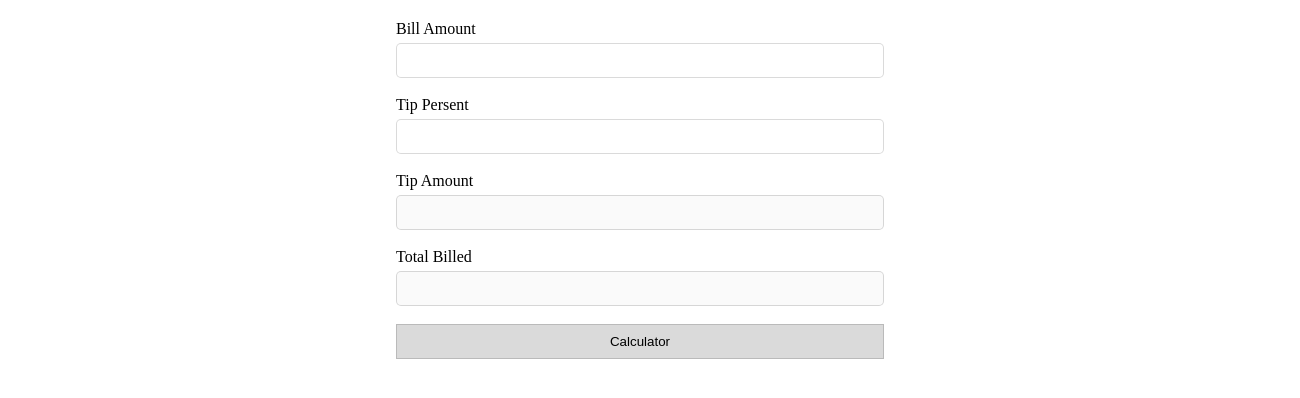
Repository: ZainAkbar51214/Tip-Calculator
Page: index.html
An editor plug-in stored every save of this project. The page is shown before and after the next save, followed by the edit.
The browser window is 1280 px wide. The page is 1300 px wide, so the pictures cover 1300 px, including what lies to the right of the window. The pictures show the whole page.
The style sheet was rebuilt from its Sass, Less or Tailwind sources for each picture, by a compiler version that may differ from the author's.

Above is the page before, as saved 2024-03-25 10:13:56.

### index.html
<!DOCTYPE html>
<html lang="en">

<head>
    <meta charset="UTF-8">
    <meta name="viewport" content="width=device-width, initial-scale=1.0">
    <title>Tip Calculator</title>
    <!-- css custom link -->
    <link rel="stylesheet" href="css/style.css">
</head>

<body>
    <div class="container">
        <div class="row">
            <div class="col">
                <div class="calculator">
                    <label>Bill Amount</label>
                    <input type="text" name="" id="tip_amount">
                    <br>
                    <label>Tip Persent</label>
                    <input type="text" name="" id="tip_persent">
                    <br>
                    <label>Tip Amount</label>
                    <input type="text" name="" id="tip_total" disabled>
                    <br>
                    <label>Total Billed</label>
                    <input type="text" name="" id="total_billed" disabled>
                    <br>
                    <button class="btn" onclick="tipCalculate()">Calculator</button>
                </div>
            </div>
        </div>
    </div>
</body>

</html>

### css/style.scss
* {
    margin: 0;
    padding: 0;
    box-sizing: border-box;
}

.container {
    width: 100%;
    max-width: 1350px;
    margin: auto;
    height: 100vh;

    .row {
        display: flex;
        flex-wrap: wrap;
        margin-left: -20px;
        margin-right: -20px;

        .col {
            flex: 0 0 40%;
            margin: auto;
            padding: 20px;

            .calculator {
                display: flex;
                flex-direction: column;

                label {
                    margin-bottom: 5px;
                }

                input {
                    height: 35px;
                    border-radius: 5px;
                    border: 1px solid #00000025;
                    padding: 0 10px;


                    &:focus {
                        border: 1px solid #00000025 !important;
                        outline: none;
                    }
                }

                button{
                    background-color: #00000025;
                    border: 1px solid #00000025;
                    cursor: pointer;
                    height: 35px;
                }
            }
        }
    }
}

After the next save:
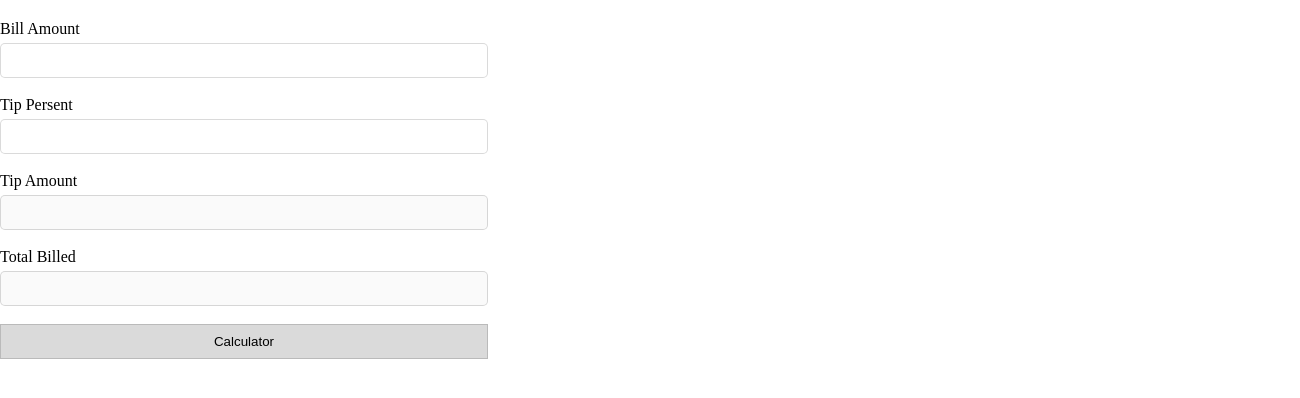
Saved 49 s later.
--- a/css/style.scss
+++ b/css/style.scss
@@ -18,7 +18,7 @@
 
         .col {
             flex: 0 0 40%;
-            margin: auto;
+            // margin: auto;
             padding: 20px;
 
             .calculator {

After the 2 saves that followed:
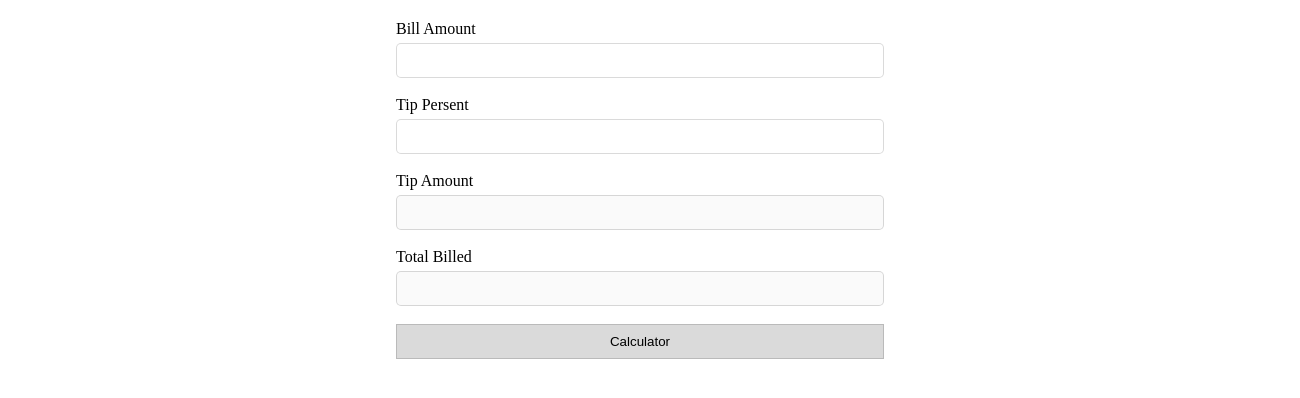
The 2 saves are shown as one change because 1 left the picture as it was.
The last was saved 49 s later.
--- a/css/style.scss
+++ b/css/style.scss
@@ -15,6 +15,8 @@
         flex-wrap: wrap;
         margin-left: -20px;
         margin-right: -20px;
+        align-items: center;
+        justify-content: center;
 
         .col {
             flex: 0 0 40%;
